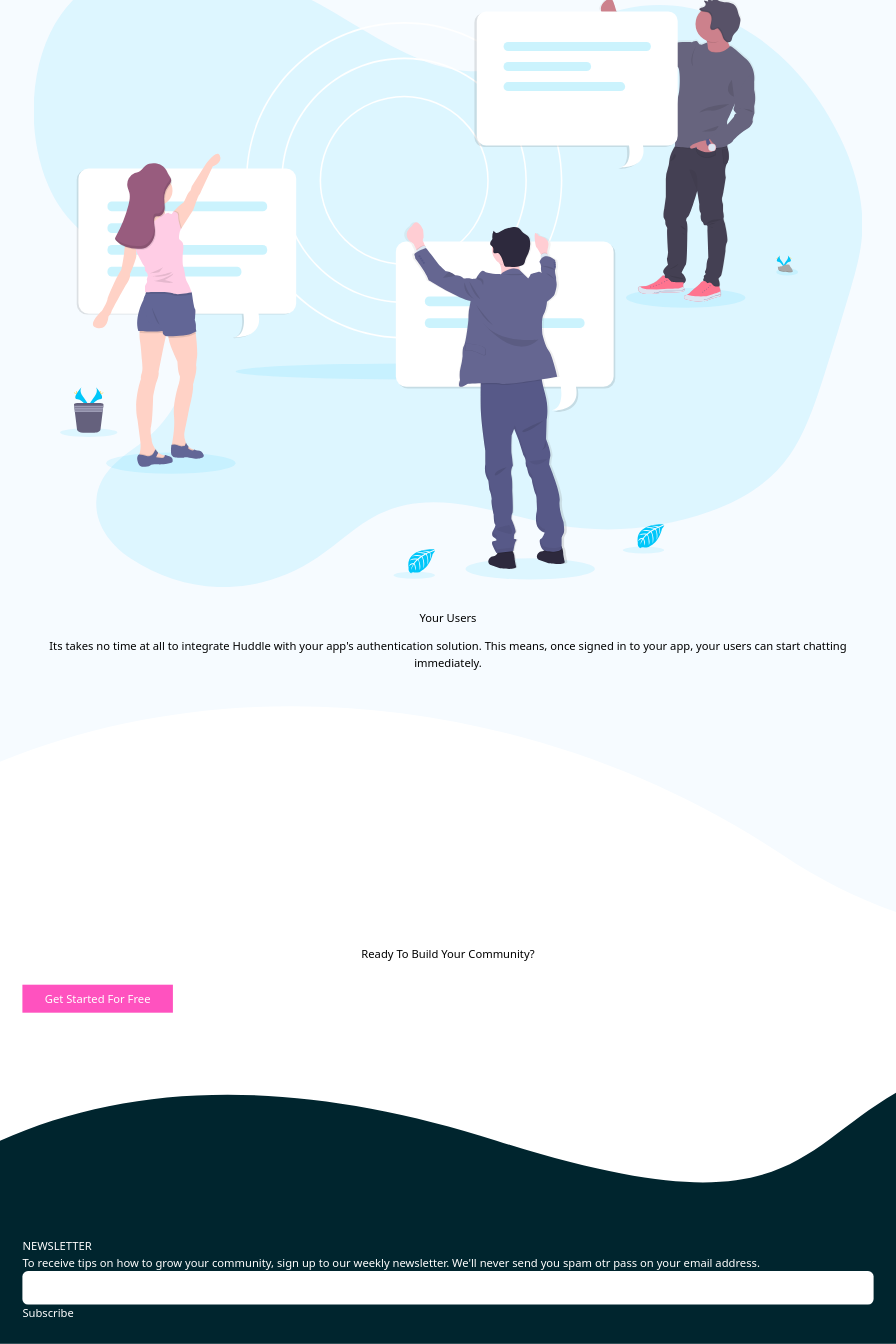
Repository: nivrii/huddle-landing-page-with-curved-sections-master
Page: /
An editor plug-in stored every save of this project. The page is shown before and after the next save, followed by the edit.
The browser window is 1280 px wide. The pictures show the part of the page from y = 4444 to 6364 px (the page is 6364 px tall), at 70% of full size.
The project was rebuilt for these pictures with package versions that can differ from the ones it lists, and the page was loaded fresh each time. Also part of the build but not shown: vite.config.js.

Above is the page before, as saved 2024-04-04 19:28:17.

### src/App.jsx
import "./App.css";
import message from "./assets/images/icon-messages.svg";
import communities from "./assets/images/icon-communities.svg";

import screenMockup from "./assets/images/screen-mockups.svg";
import grow from "./assets/images/illustration-grow-together.svg";
import users from "./assets/images/illustration-your-users.svg";
import conversation from "./assets/images/illustration-flowing-conversation.svg";

import sectionTop1M from "./assets/images/bg-section-top-mobile-1.svg";
import sectionTop2M from "./assets/images/bg-section-top-mobile-2.svg";
import sectionBottom1M from "./assets/images/bg-section-bottom-mobile-1.svg";
import sectionBottom2M from "./assets/images/bg-section-bottom-mobile-2.svg";
import footerTopM from "./assets/images/bg-footer-top-mobile.svg";

function App() {
  return (
    <div className=" box-border m-0 bg-white w-screen min-h-screen">
      <section>
        <div className="flex flex-row w-full">
          <div className="flex flex-row align-middle  w-3/5">
            <img src={message} className="my-auto w-8 h-8" />
            <h1 className="text-3xl font-Poppins text-Very-dark-cyan font-bold my-auto">
              Huddle
            </h1>
          </div>
          <div className="flex align-middle justify-end w-2/5">
            <input
              className="border-2 border-Light-pink text-Light-pink font-Poppins rounded-3xl px-6 py-2"
              type="button"
              value="Try It Free"
            />
          </div>
        </div>
      </section>

      <section>
        <div className="w-full ">
          <h1>Build The Community Your Fans Will Love</h1>
          <p className="text-wrap">
            Huddle re-imagines the way we build communities. You have a voice,
            so does your audience. Create connections with your users as you
            engage in genuine discussion
          </p>
          <input
            type="submit"
            name="start"
            className="outline-none text-white bg-Pink"
          />
        </div>
      </section>

      <section className="mt-4 m">
        <div className="mx-auto">
          <img src={screenMockup} className="object-contain" />
        </div>
      </section>

      <section className="flex flex-col justify-center">
        <div className="mx-auto w-1/2 ">
          <img src={communities} alt="communities" />
          <h1 className="w-full font-bold text-6xl">1.4k+</h1>
          <p>Communities Formed</p>
        </div>
        <div className="mx-auto w-1/2">
          <img src={message} alt="message" />
          <h1 className="w-full font-bold text-6xl">2.7m+</h1>
          <p>Messages Sent</p>
        </div>
      </section>

      <img src={sectionTop1M} alt="top-top" className="w-full" />

      <section className="flex flex-col space-y-8 bg-sectionBG px-8 py-12">
        <img src={grow} alt="" className="mb-12" />
        <div className="flex flex-col space-y-4 text-center">
          <h1>Grow Together</h1>
          <p>
            Generate meaningful discussions with your audience and build a
            strong, loyal community. Think of the insightful conversations you
            miss out on with a feedback form.
          </p>
        </div>
      </section>

      <img src={sectionBottom1M} alt="top-bottom" className="w-full" />

      <section className="flex flex-col space-y-8 my-20 px-8">
        <img src={conversation} alt="conversations" className="px-4" />
        <div className="flex flex-col space-y-4 text-center">
          <h1>Flowing Conversations</h1>
          <p>
            You wouldn&apos;t paginate a conversation in real life, so why do it
            online? Our threads have just-in-time loading for a more natural
            flow.
          </p>
        </div>
      </section>

      <img src={sectionTop2M} alt="bottom-top" className="w-full" />

      <section className="bg-sectionBG">
        <div className="flex flex-col space-y-8  px-8">
          <img src={users} alt="conversations" className="px-4" />
          <div className="flex flex-col space-y-4 text-center">
            <h1>Your Users</h1>
            <p>
              Its takes no time at all to integrate Huddle with your app&apos;s
              authentication solution. This means, once signed in to your app,
              your users can start chatting immediately.
            </p>
          </div>
        </div>
      </section>

      <img src={sectionBottom2M} alt="bottom-bottom" className="w-full" />

      <section className="flex flex-col space-y-8 mt-12 px-8 mb-28">
        <h1 className="text-center">Ready To Build Your Community?</h1>
        <input
          type="button"
          value="Get Started For Free"
          className="outline-none bg-Pink text-white w-fit py-2 px-8"
        />
      </section>

      <img src={footerTopM} alt="" className="w-full" />

      <footer className="bg-bgFooter -mt-1">
        <div className="p-8 text-white">
          <h1>NEWSLETTER</h1>
          <p>
            To receive tips on how to grow your community, sign up to our weekly
            newsletter. We&apos;ll never send you spam otr pass on your email
            address.
          </p>
          <input type="text" className="w-full rounded-lg h-12" />
          <input type="button" value="Subscribe" />
        </div>
      </footer>
    </div>
  );
}

export default App;

### src/App.css
@import "tailwindcss/base";
@import "tailwindcss/components";
@import "tailwindcss/utilities";
@import url('https://fonts.google.com/specimen/Poppins');
@import url('https://fonts.google.com/specimen/Open+Sans');

### tailwind.config.js
/** @type {import('tailwindcss').Config} */

/*! tailwindcss v2.2.7 | MIT License | https://tailwindcss.com */
export default {
  content: [
    "./index.html",
    "./src/**/*.{js,ts,jsx,tsx}",
  ],
  theme: {
    extend: {
      screens: {
        'xs': '375px',
        'sm': '640px',
        'md': '768px',
        'lg': '1024px',
        'xl': '1440px',

      },
      colors: {
        'Pink': 'hsl(322, 100%, 66%)',
        'Light-pink': 'hsl(321, 100%, 78%)',
        'Light-red': 'hsl(0, 100%, 63%)',
        'Very-dark-cyan': 'hsl(192, 100%, 9%)',
        'Very-dark-blue': 'hsl(207, 100%, 98%)',
        'sectionBG': '#F6FBFF',
        'bgFooter': '#00252E',
      },
      fontFamily: {
        'Poppins': ['Poppins', 'sans-serif'],
        'Open-sans': ['Open Sans', 'serif'],
      },
    },
  },
  plugins: [],
}

Loaded but not shown: index.html (common file); src/main.jsx (common file)

After the next save:
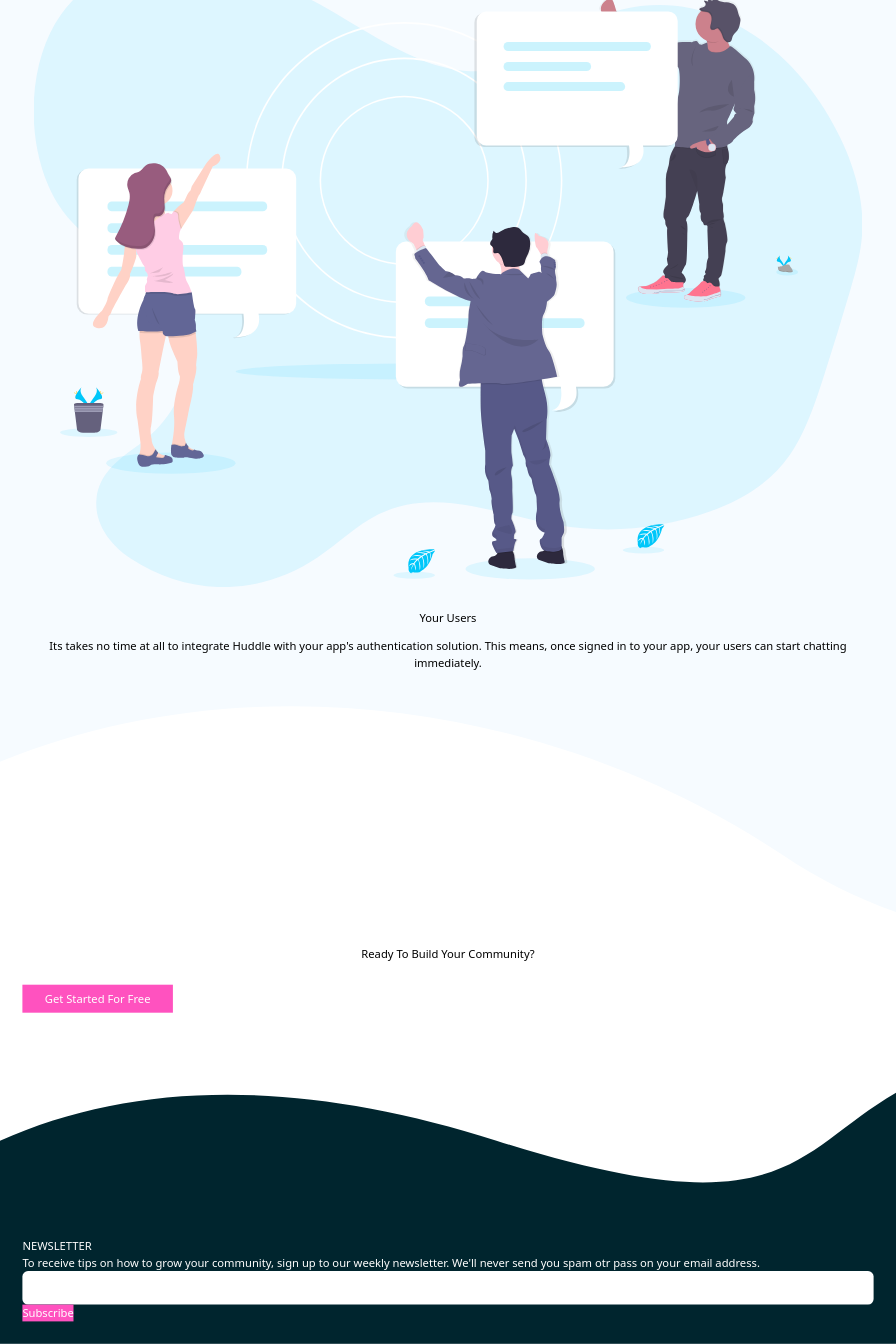
Saved 58 s later.
--- a/src/App.jsx
+++ b/src/App.jsx
@@ -135,7 +135,7 @@
             address.
           </p>
           <input type="text" className="w-full rounded-lg h-12" />
-          <input type="button" value="Subscribe" />
+          <input type="button" value="Subscribe" className="outline-none text-white bg-Pink"/>
         </div>
       </footer>
     </div>
